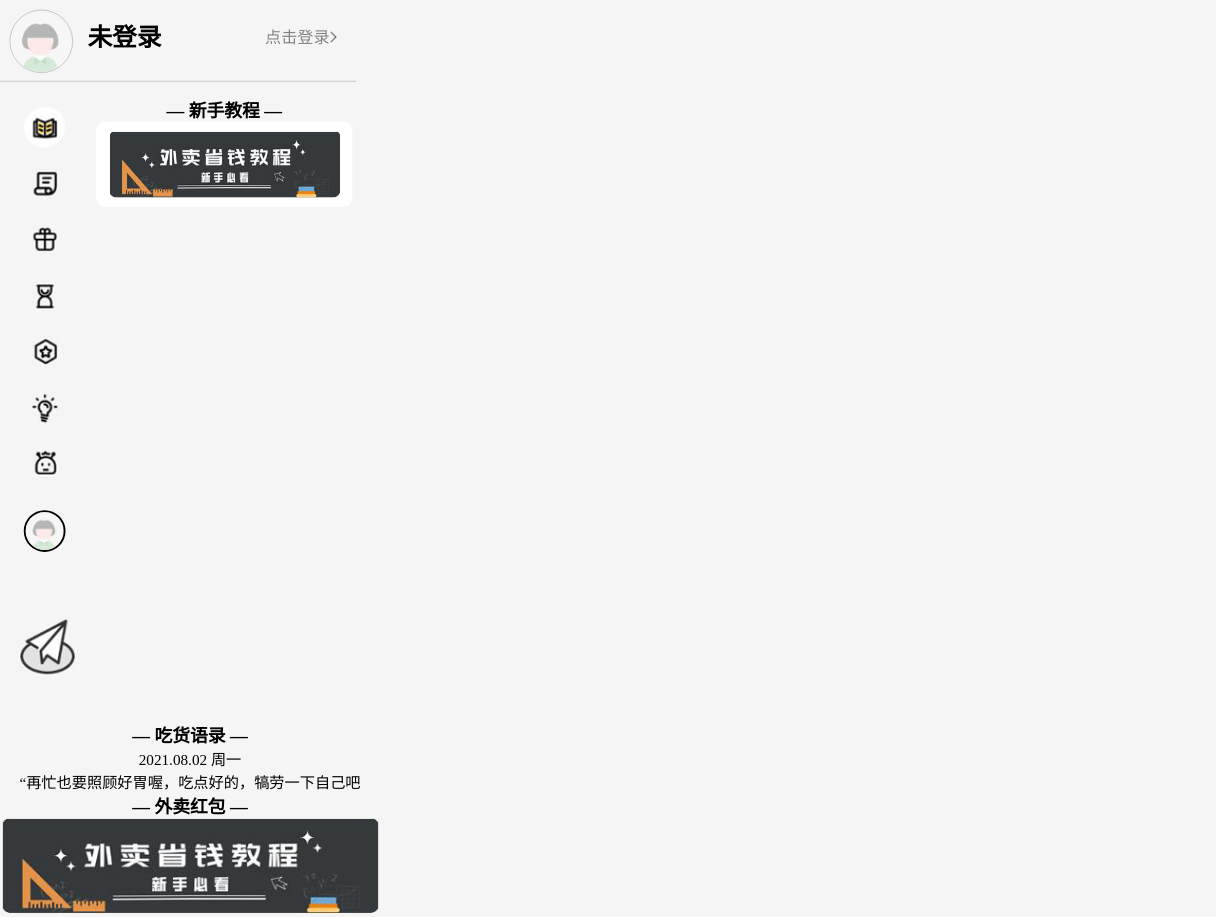
Repository: Privatexiao/projects
Page: Takeout assistant/index.html
These files come from the project's save history. The page is drawn as it stood at one moment and after the next save; the edit follows.
The browser window is 1280 px wide. The pictures show the whole page, at 95% of full size.

Above is the page before, as saved 2021-08-02 17:05:15.

### Takeout assistant/index.html
<!DOCTYPE html>
<html lang="en">
<head>
    <meta charset="UTF-8">
    <meta http-equiv="X-UA-Compatible" content="IE=edge">
    <meta name="viewport" content="width=device-width, initial-scale=1.0">
    <script src="js/vue.js" type="text/javascript"></script>
    <script src="js/require.js" type="text/javascript"></script>
    <link href="css/index.css"  rel="stylesheet" type="text/css">
    <title>Document</title>
</head>
<body>
    <div id="app">
        <div class="bar">
            <div class="HeadPortrait"><a href="javaScript:"><img :src="userInfo.avatar"></div><span class="NoHeadPortrait">{{NoHeadPortrait}}</span></a>
            <div class="TheLogin">
                <a href="javaScript:">{{HeadPortrait}}<img src="img/Put It away.png"></a>
            </div>
        </div>
        <div class="LeftBar">
            <ul>
                <!-- <li v-for="(item, index) of list"
                    :key="index"
                    :class="{active:index == num}"
                    @click="addClassName(index)"
        >

        <img v-show="num!=index" :class="item.icon" src="img/新手教程.png"></img>
        <img v-show="num==index" :class="item.active" src="img/新手教程two.png"></img>

        <img v-show="num!=index" :class="item.icon" src="img/吃货语录.png"></img>
        <img v-show="num==index" :class="item.active" src="img/吃货语录two.png"></img>

        <img v-show="num!=index" :class="item.icon" src="img/外卖红包.png"></img>
        <img v-show="num==index" :class="item.active" src="img/外卖红包two.png"></img>

        <img v-show="num!=index" :class="item.icon" src="img/饭补活动.png"></img>
        <img v-show="num==index" :class="item.active" src="img/饭补活动two.png"></img>

        <img v-show="num!=index" :class="item.icon" src="img/大作战.png"></img>
        <img v-show="num==index" :class="item.active" src="img/大作战two.png"></img>

        <img v-show="num!=index" :class="item.icon" src="img/今天吃什么.png"></img>
        <img v-show="num==index" :class="item.active" src="img/今天吃什么two.png"></img>

                </li> -->
                <li><a href="#top1"><img src="img/新手教程two.png"></a></li>
                <li><a href="#top2"><img src="img/吃货语录.png"></a></li>
                <li><a href="#top3"><img src="img/外卖红包.png"></a></li>
                <li><a href="#top4"><img src="img/饭补活动.png"></a></li>
                <li><a href="#top5"><img src="img/大作战.png"></a></li>
                <li><a href="#top6"><img src="img/今天吃什么.png"></a></li>
                <li><a href="#top7"><img src="img/客服微信.png"></a></li>
                <li class="fot1"><a href="#top8"><img src="img/头像.png"></a></li>
                <li class="fot2"><a href="#top9"><img src="img/小飞机.png"></a></li>
            </ul>
        </div>

        <div class="TheTutorial"><a name="top1">
            <h3>—&nbsp;新手教程&nbsp;—</h3>
            <div class="xsjc_bj"><img src="img/新手教程nr.png"></div>
        </a></div>

        <div class="VersionQuotation"><a name="top2">
            <h3>—&nbsp;吃货语录&nbsp;—</h3>
            <div class="chyl_bj">
                <p>2021.08.02&nbsp;周一</p>
                <div class="chyl_nr">
                    <p>“再忙也要照顾好胃喔，吃点好的，犒劳一下自己吧</p>
                </div>
        </a></div>

        <div class="take_out"><a name="top3">
            <h3>—&nbsp;外卖红包&nbsp;—</h3>
            <div class="wmhb_bj">
                <img src="img/新手教程nr.png"></div>
        </a></div>
    </div>



    <script>
        let app = new Vue({
            el:'#app',
            data:{
                NoHeadPortrait:"未登录",
                HeadPortrait:"点击登录",
                userInfo:{
                    avatar:'img/头像.png'
                },

    //     list: [
    //     {
    //       icon: "iconfont icon-wode",  //原始显示的图标
    //       active: "iconfont icon-shouye", //点击之后要显示的图标
    //     },
    //     {
    //     icon: "iconfont icon-icon",
    //     active: "iconfont icon-gouwuche",
    //     },
    //     {
    //     icon: "iconfont icon-gouwuche",
    //     active: "iconfont icon-icon",
    //     },
    //     {
    //     icon: "iconfont icon-wode",
    //     active: "iconfont icon-shouye",
    //     }
    // ],
    // num: 0,
    // tabName: ""
    // },
    // methods: {
    // addClassName: function(index) {
    //     console.log(index);
    //     this.num = index;
    // }

            }
        })
    </script>
</body>
</html>

### Takeout assistant/css/index.css
/* 全局配置 */
body{
    width: 375px;
    height: 667px;
    min-width: 375px;
    background-color: rgb(245,245,245);
}
a{
    text-decoration: none;
    color: black;
}
*{
    padding: 0;
    margin: 0;
}
ul,ol{
    list-style: none;
}

/* 上面状态栏 */
.bar {
    width: 100%;
    height: 85px;
    float: left;
    border-bottom: 1px solid rgba(136, 136, 136, 0.438);
}
/* 头像 */
.bar .HeadPortrait img{
    margin: 10px 0 0 10px;
    float: left;
    width: 65px;
    height: 65px;
    border: 1px solid rgba(136, 136, 136, 0.438);
    border-radius: 50%;
}
/* 未登录 */
.bar .NoHeadPortrait{
    float: left;
    font-size: 26px;
    font-weight:bold;
    line-height: 80px;
    margin-left: 15px;
}
/* 点击登录 */
.bar .TheLogin a{
    float: right;
    line-height: 80px;
    font-size: 17px;
    margin-right: 20px;
    color: rgba(114, 114, 114, 0.87);
}

/* 左边图标状态栏 */
.LeftBar{
    margin: 15px 0 15px 15px;
    float: left;
}
.LeftBar ul li{
    margin: 10px 0 10px 10px;
    cursor: pointer;
}
.LeftBar ul li img{
    width: 45px;
    height: 45px;
}
.LeftBar ul .fot1 img{
    width: 40px;
    height: 40px;
    border: 2px solid black;
    border-radius: 50%;
    margin-top: 13px;
}
.LeftBar ul .fot2 img{
    width: 80px;
    height: 80px;
    margin: 45px 10px 10px -15px;
}


/* 新手教程 */
.TheTutorial{
    float: left;
    margin: 15px 1px 10px 1px;
}
/* 新手教程背景白色图片 */
.TheTutorial .xsjc_bj{
    background-color: white;
    width: 270px;
    height: 90px;
    text-align: center;
    border-radius: 10px;
}
/* 新手教程标题 */
.TheTutorial h3,
.VersionQuotation h3,
.take_out h3{
    text-align: center;
}
/* 新手教程内容图片 */
.TheTutorial .xsjc_bj img{
    padding-top: 10px;
    width: 245px;
    height: 70px;
    border-radius: 9px;
}

/* 吃货语录 */
.VersionQuotation{
    float: left;
}
.VersionQuotation p{
    text-align: center;
}
.VersionQuotation chyl_bj{
    background-color: white;
    width: 270px;
    height: 90px;
    text-align: center;
    border-radius: 10px;
}
.VersionQuotation .chyl_nr{

}

Loaded but not shown: Takeout assistant/js/vue.js (library); Takeout assistant/js/require.js (2145 lines, source omitted)

After the next save:
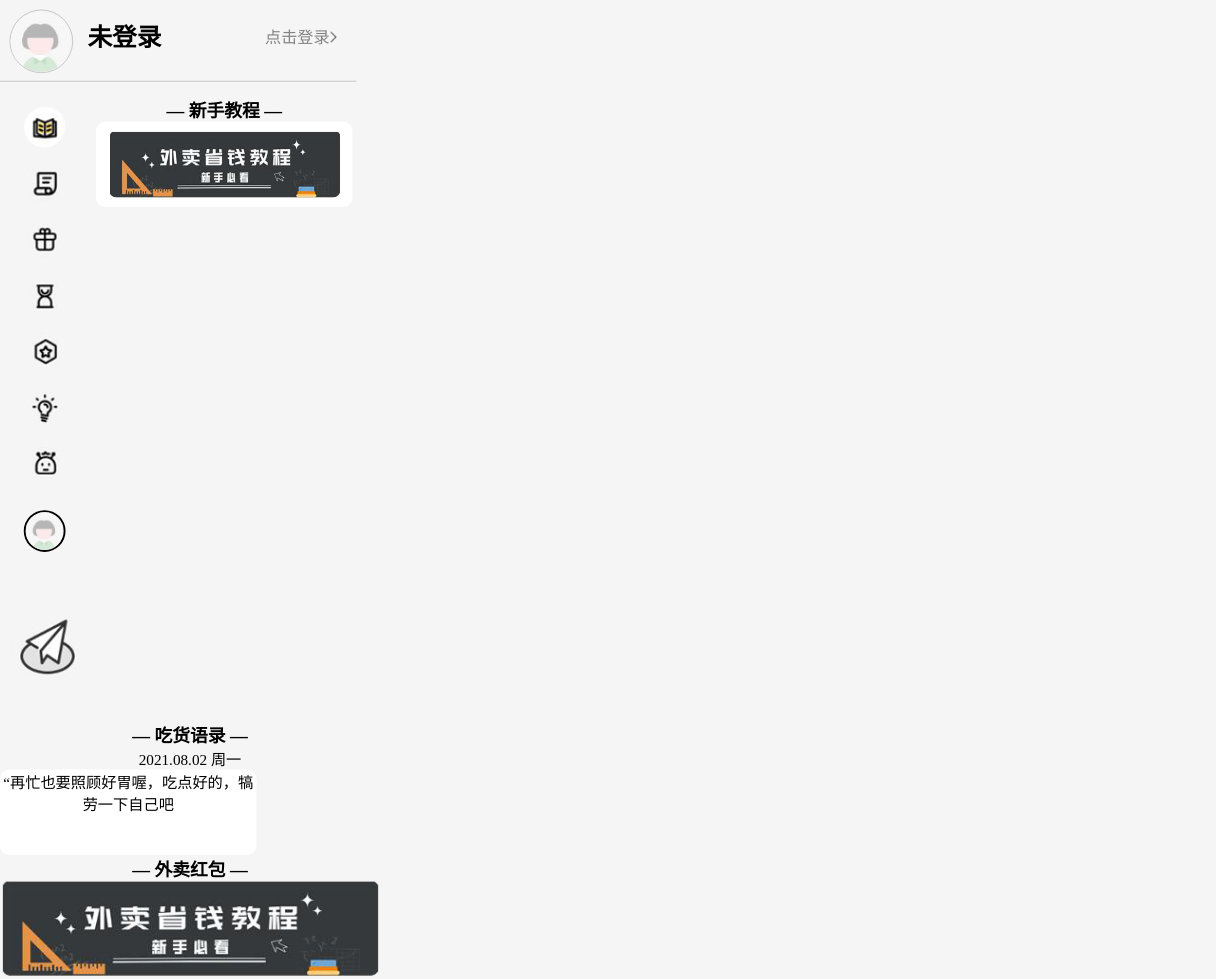
Saved 15 s later.
--- a/Takeout assistant/css/index.css
+++ b/Takeout assistant/css/index.css
@@ -119,5 +119,9 @@ ul,ol{
     border-radius: 10px;
 }
 .VersionQuotation .chyl_nr{
-
+    background-color: white;
+    width: 270px;
+    height: 90px;
+    text-align: center;
+    border-radius: 10px;
 }
